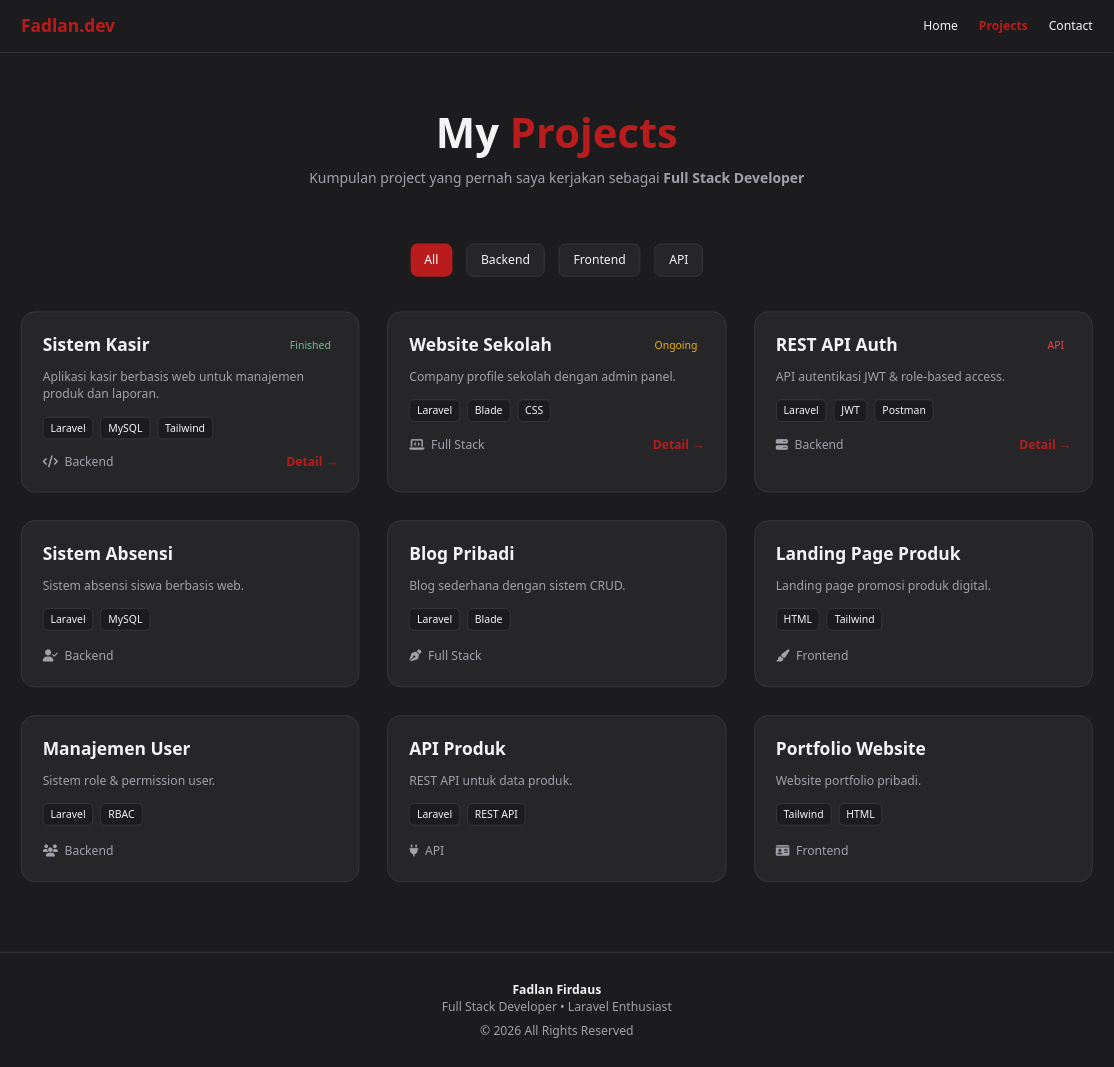
Repository: Fadlan079/Personal-Portfolio
Page: http://localhost/project
An editor plug-in stored every save of this project. The page is shown before and after the next save, followed by the edit.
The browser window is 1280 px wide. The pictures show the whole page, at 87% of full size.
Some web libraries are served in a nearby version. The page is served by the project's Laravel application, run on PHP 8.4 with Laravel 12.

Above is the page before, as saved 2026-01-14 14:36:42.

After the next save:
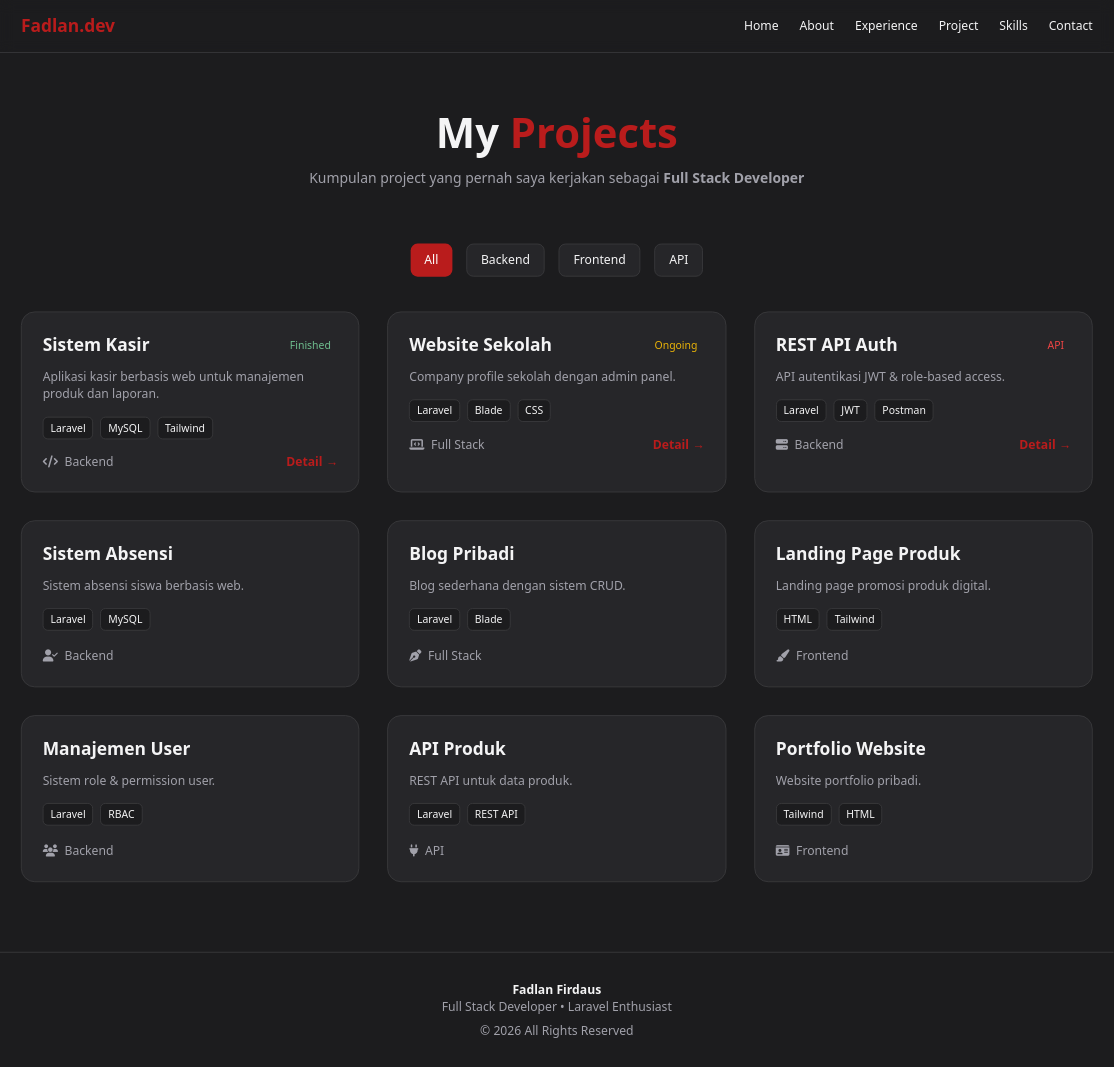
Saved 28 s later.
--- a/resources/views/project.blade.php
+++ b/resources/views/project.blade.php
@@ -63,15 +63,35 @@
 <!-- Navbar -->
 <nav class="fixed w-full bg-bg/80 backdrop-blur border-b border-border z-50">
   <div class="max-w-7xl mx-auto px-6 py-4 flex justify-between items-center">
-    <a href="index.html" class="text-xl font-bold text-primary">Fadlan.dev</a>
+    <h1 class="text-xl font-bold text-primary">Fadlan.dev</h1>
     <ul class="flex gap-6 text-sm">
-      <li><a href="index.html" class="hover:text-primary">Home</a></li>
-      <li><a href="projects.html" class="text-primary font-semibold">Projects</a></li>
-      <li><a href="index.html#contact" class="hover:text-primary">Contact</a></li>
+      <li class="relative group">
+        <a href="#home">Home</a>
+        <span class="absolute left-0 -bottom-1 h-[2px] w-0 bg-primary transition-all group-hover:w-full"></span>
+      </li>
+      <li class="relative group">
+        <a href="#about">About</a>
+        <span class="absolute left-0 -bottom-1 h-[2px] w-0 bg-primary transition-all group-hover:w-full"></span>
+      </li>
+      <li class="relative group">
+        <a href="#experience">Experience</a>
+        <span class="absolute left-0 -bottom-1 h-[2px] w-0 bg-primary transition-all group-hover:w-full"></span>
+      </li>
+        <li class="relative group">
+        <a href="#projects">Project</a>
+        <span class="absolute left-0 -bottom-1 h-[2px] w-0 bg-primary transition-all group-hover:w-full"></span>
+      </li>
+      <li class="relative group">
+        <a href="#skills">Skills</a>
+        <span class="absolute left-0 -bottom-1 h-[2px] w-0 bg-primary transition-all group-hover:w-full"></span>
+      </li>
+      <li class="relative group">
+        <a href="#contact">Contact</a>
+        <span class="absolute left-0 -bottom-1 h-[2px] w-0 bg-primary transition-all group-hover:w-full"></span>
+      </li>
     </ul>
   </div>
 </nav>
-
 <!-- Header -->
 <header class="pt-32 pb-16 text-center">
   <h1 class="text-4xl md:text-5xl font-extrabold mb-4">
